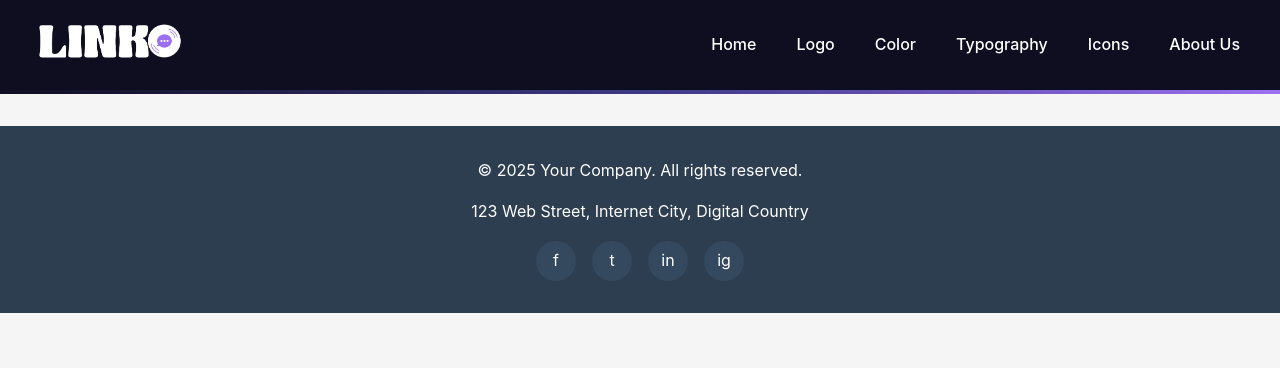
Repository: primcharlin/LINKO-A5Styleguide
Page: index.html
The author's editor kept a copy of each file at every save. The page is drawn from the files as they stood at one save, then again after the next save.
The browser window is 1280 px wide. The pictures show the whole page.

Above is the page before, as saved 2025-04-10 16:24:21.

### index.html
<!DOCTYPE html>
<html lang="en">
<head>
    <meta charset="UTF-8">
    <meta name="viewport" content="width=device-width, initial-scale=1.0">
    <title>Modern Website</title>
    <link rel="stylesheet" href="styles.css">
</head>
<body>
    <header>
        <div class="logo">
            <img src="img/linko-logo.png" alt="LINKO Logo">
        </div>

        <nav>
            <ul>
                <li><a href="#">Home</a></li>
                <li><a href="#">Logo</a></li>
                <li><a href="#">Color</a></li>
                <li><a href="#">Typography</a></li>
                <li><a href="#">Icons</a></li>
                <li><a href="#">About Us</a></li>
            </ul>
        </nav>

    </header>
    <div class="nav-divider"></div>

    <main>

    </main>

    <footer>
        <p>© 2025 Your Company. All rights reserved.</p>
        <p>123 Web Street, Internet City, Digital Country</p>
        <div class="social-links">
            <a href="#" class="social-icon">f</a>
            <a href="#" class="social-icon">t</a>
            <a href="#" class="social-icon">in</a>
            <a href="#" class="social-icon">ig</a>
        </div>
    </footer>
</body>
</html>

### styles.css
/* Reset styles */
* {
    margin: 0;
    padding: 0;
    box-sizing: border-box;
    font-family: Inter;
}

/* Body styles */
body {
    background-color: #f5f5f5;
    color: #333;
    line-height: 1.6;
}

/* Header styles */
header {
    background-color: #0F0E21;
    color: white;
    padding: 1rem 2rem;
    display: flex;
    justify-content: space-between;
    align-items: center;
}

.nav-divider {
    width: auto;
    height: 4px;
    margin-bottom: 20px;
    background: var(--background-default-dark-mode, linear-gradient(270deg, #9B71F1 0%, #3F3A87 48.08%, #0F0E21 100%));
}

.logo img {
    height: 50px; /* Adjust based on your preference */
    width: auto; /* Maintains aspect ratio */
    max-width: 400px; /* Prevents logo from being too wide */
}

header h1 {
    font-size: 1.8rem;
}

header p {
    font-size: 0.9rem;
}

/* Navigation styles */
nav {
    display: flex;
    align-items: center;
}

nav ul {
    display: flex;
    list-style: none;
    gap: 1.5rem;
}

nav a {
    color: white;
    text-decoration: none;
    font-weight: 500;
    transition: color 0.3s;
    padding: 0.5rem;
}

nav a:hover {
    color: #3498db;
}

/* Main content styles */
main {
    max-width: 1200px;
    margin: 2rem auto;
    padding: 0 2rem;
}

/* Features section */
.features {
    display: flex;
    flex-wrap: wrap;
    gap: 2rem;
    margin: 3rem 0;
}

.feature-card {
    flex: 1;
    min-width: 300px;
    background-color: white;
    padding: 2rem;
    border-radius: 8px;
    box-shadow: 0 4px 6px rgba(0, 0, 0, 0.1);
    transition: transform 0.3s, box-shadow 0.3s;
}

.feature-card:hover {
    transform: translateY(-5px);
    box-shadow: 0 10px 15px rgba(0, 0, 0, 0.1);
}

.feature-card h3 {
    color: #2c3e50;
    margin-bottom: 1rem;
    font-size: 1.5rem;
}

.feature-icon {
    background-color: #3498db;
    color: white;
    width: 60px;
    height: 60px;
    display: flex;
    align-items: center;
    justify-content: center;
    border-radius: 50%;
    margin-bottom: 1.5rem;
    font-size: 1.5rem;
}

/* CTA section */
.cta {
    background-color: #3498db;
    padding: 3rem 2rem;
    text-align: center;
    margin: 3rem 0;
    border-radius: 8px;
    color: white;
}

.cta h2 {
    font-size: 2rem;
    margin-bottom: 1rem;
}

.cta p {
    max-width: 600px;
    margin: 0 auto 2rem;
}

.btn {
    display: inline-block;
    background-color: white;
    color: #3498db;
    padding: 0.8rem 2rem;
    border-radius: 50px;
    text-decoration: none;
    font-weight: 600;
    transition: background-color 0.3s, transform 0.3s;
}

.btn:hover {
    background-color: #f5f5f5;
    transform: scale(1.05);
}

/* Footer styles */
footer {
    background-color: #2c3e50;
    color: white;
    padding: 2rem;
    text-align: center;
}

footer p {
    margin-bottom: 1rem;
}

.social-links {
    display: flex;
    justify-content: center;
    gap: 1rem;
    margin-top: 1rem;
}

.social-icon {
    background-color: #34495e;
    color: white;
    width: 40px;
    height: 40px;
    display: flex;
    align-items: center;
    justify-content: center;
    border-radius: 50%;
    text-decoration: none;
    transition: background-color 0.3s;
}

.social-icon:hover {
    background-color: #3498db;
}

/* Responsive styles */
@media (max-width: 900px) {
    header {
        flex-direction: column;
        padding: 1rem;
        text-align: center;
    }

    .logo {
        margin-bottom: 1rem;
    }

    nav ul {
        flex-wrap: wrap;
        justify-content: center;
        gap: 1rem 1.5rem;
    }
}

@media (max-width: 600px) {
    .features {
        flex-direction: column;
    }
}

After the next save:
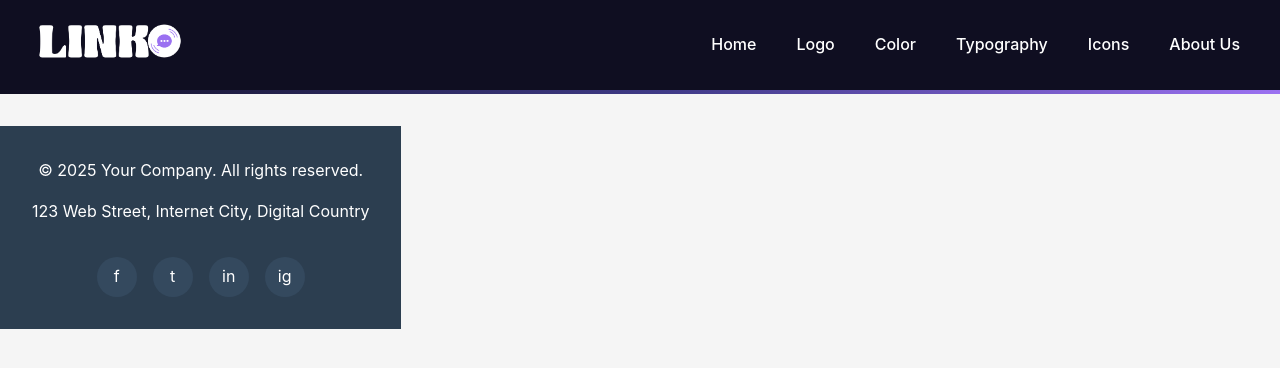
Saved 60 s later.
--- a/styles.css
+++ b/styles.css
@@ -159,6 +159,11 @@ footer {
     color: white;
     padding: 2rem;
     text-align: center;
+    display: flex;
+    flex-direction: column;
+    justify-content: center;
+    align-items: center;
+    position: absolute;
 }
 
 footer p {
